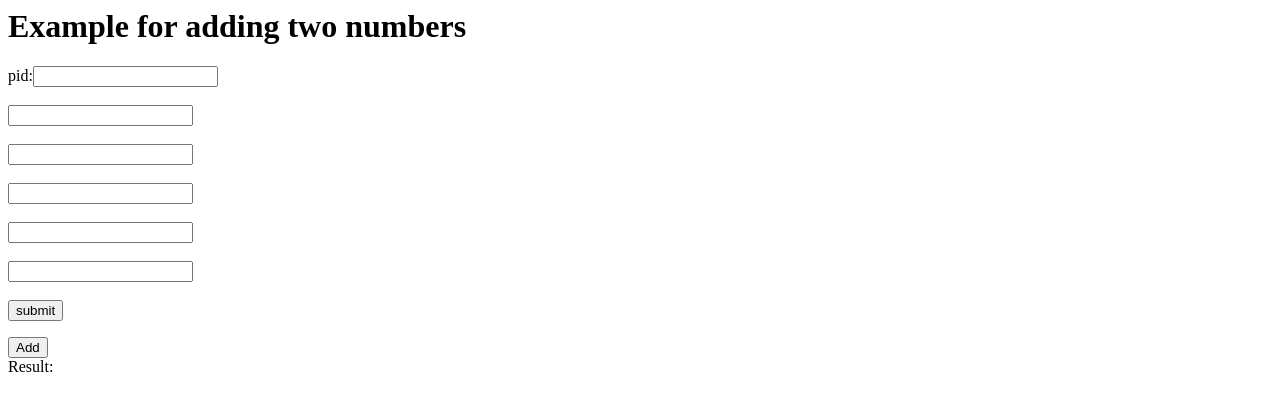
Repository: priyanalleboina/JsTraining
Page: Priyanka _JsExcercies/Excersice-14-ts/index.html
An editor plug-in stored every save of this project. The page is shown before and after the next save, followed by the edit.
The browser window is 1280 px wide. The pictures show the whole page.

Above is the page before, as saved 2020-06-04 12:01:22.
Not found: Priyanka _JsExcercies/Excersice-14-ts/main.ts

After the next save:
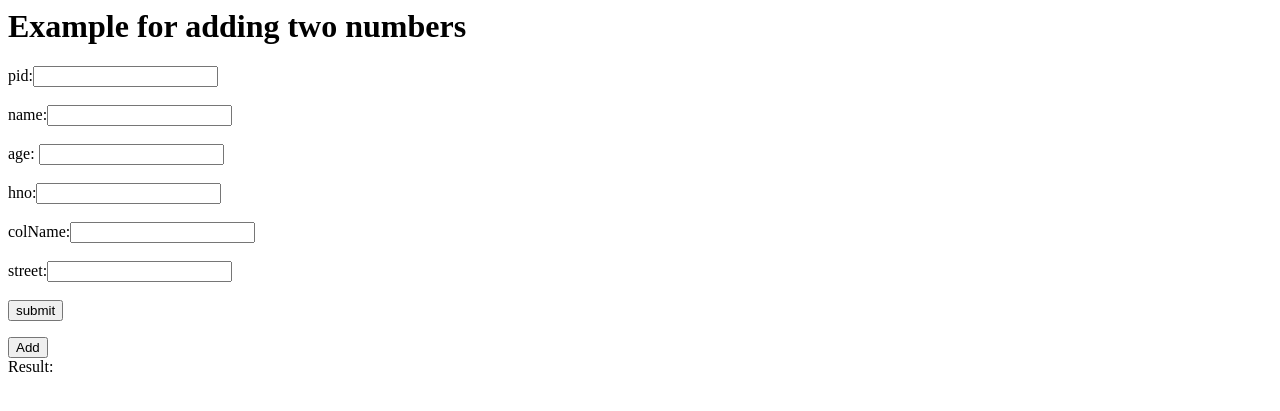
Saved 47 s later.
--- a/Priyanka _JsExcercies/Excersice-14-ts/index.html
+++ b/Priyanka _JsExcercies/Excersice-14-ts/index.html
@@ -10,11 +10,11 @@
     <h1>Example for adding two numbers</h1>
     <form method="POST" action="/create">
         <label>pid:</label><input id="id" name="pid"></br></br>
-        <input id="name" name="name"></br></br>
-        <input id="age" name="age"></br></br>
-        <input id="hno" name="age"></br></br>
-        <input id="colName" name="colName"></br></br>
-        <input id="street"></br></br>
+        <label>name:</label><input id="name" name="name"></br></br>
+        <label>age:</label> <input id="age" name="age"></br></br>
+        <label>hno:</label><input id="hno" name="age"></br></br>
+        <label>colName:</label><input id="colName" name="colName"></br></br>
+        <label>street:</label><input id="street"></br></br>
         <input type="submit" value="submit"/></br>
       </form>
 
